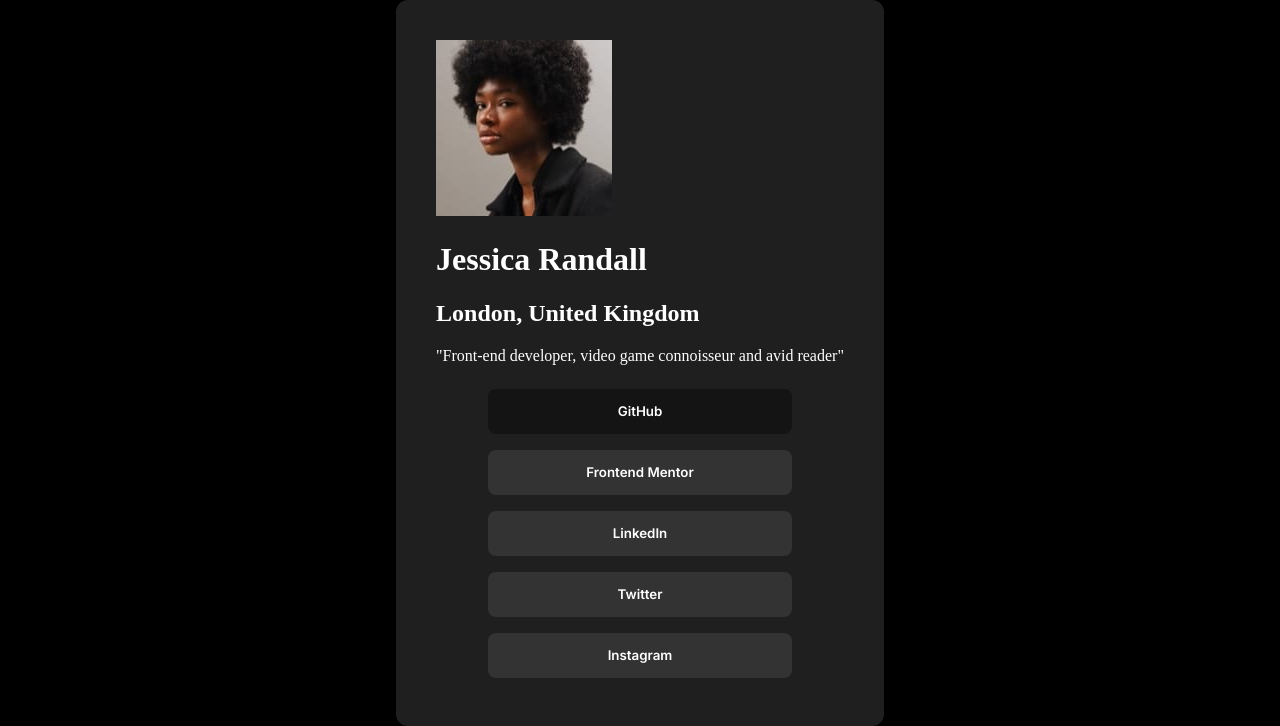
Repository: brandontaylor1/social-links-profile
Page: index.html
The author's editor kept a copy of each file at every save. The page is drawn from the files as they stood at one save, then again after the next save.
The browser window is 1280 px wide. The pictures show the whole page.
The pointer rests on the first visible `.social-link-button`.

Above is the page before, as saved 2024-12-25 17:09:15.

After the next save:
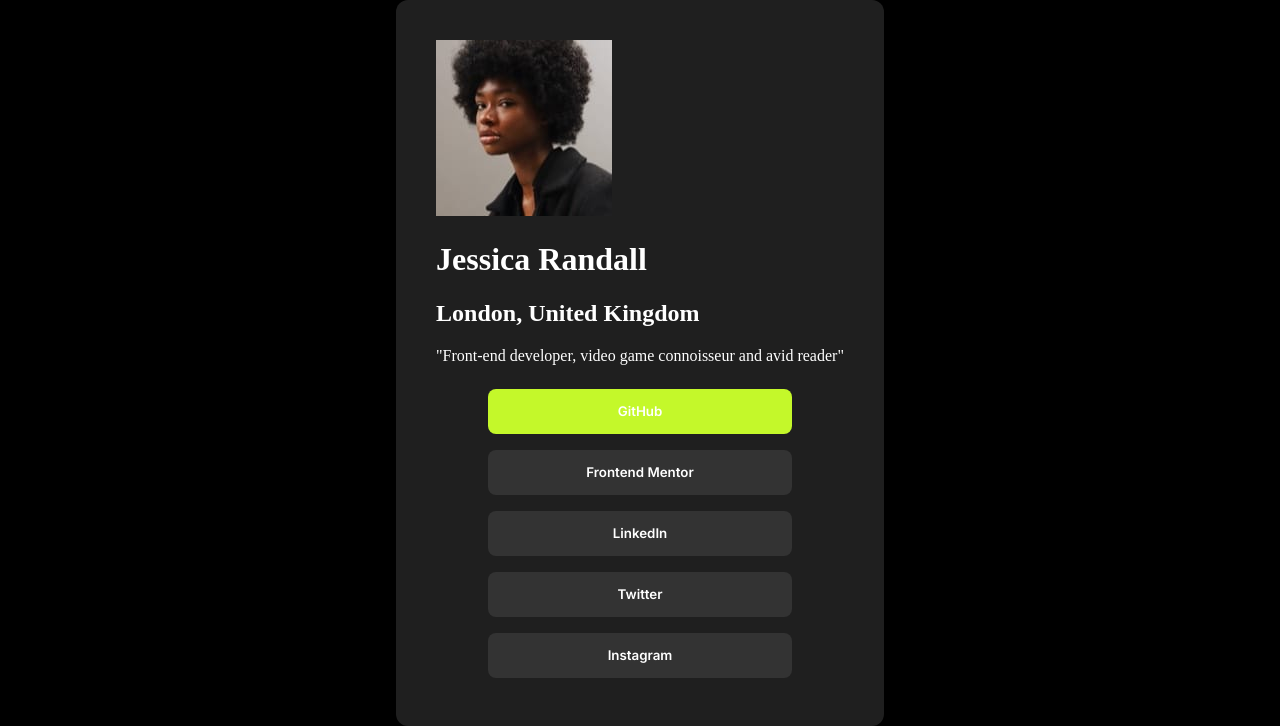
Saved 7 s later.
--- a/styles.css
+++ b/styles.css
@@ -53,7 +53,7 @@ body {
 }
 
 .social-link-button:hover {
-    background-color: var(--gray-900);
+    background-color: var(--color-green);
 }
 
 a {
